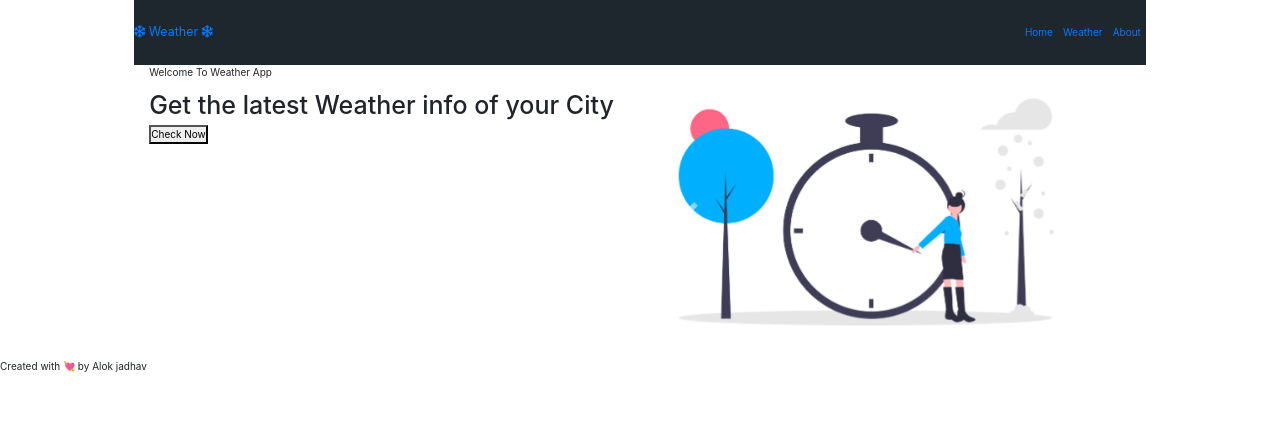
Repository: AalokJadhav/Weather_App
Page: http://localhost/
These files come from the project's save history. The page is drawn as it stood at one moment and after the next save; the edit follows.
The browser window is 1280 px wide. The pictures show the whole page.
Some web fonts or font styles are not loaded; a fallback is used. Some web libraries are served in a nearby version. The page is served by the project's Node server (src/app.js).

Above is the page before, as saved 2020-11-15 11:38:39.

After the next save:
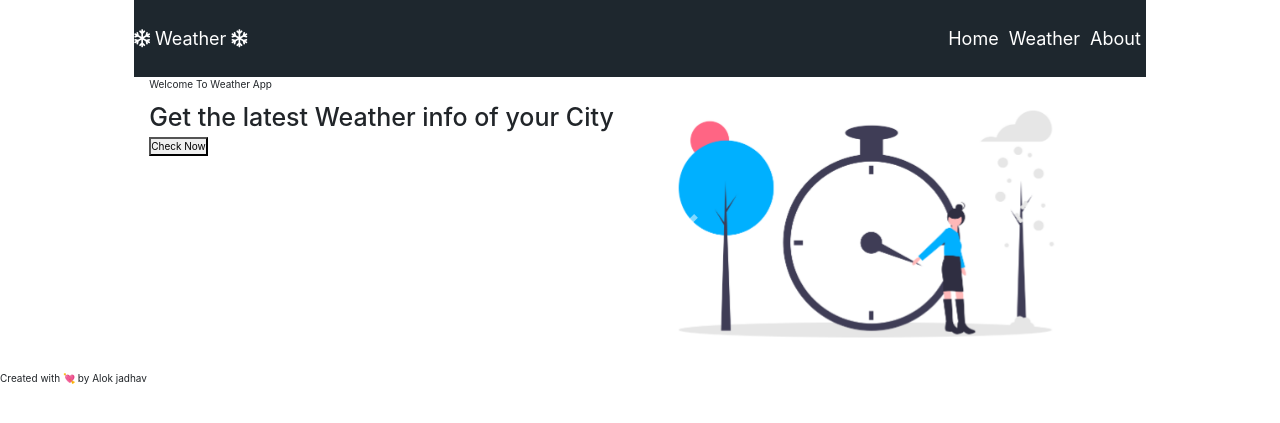
Saved 66 s later.
--- a/public/css/style.css
+++ b/public/css/style.css
@@ -28,3 +28,7 @@ html {
     background-color: var(--main-bg);
     padding: 2rem 0;
   }
+  .navbar a {
+    color: #fff;
+    font-size: 1.8rem;
+  }
